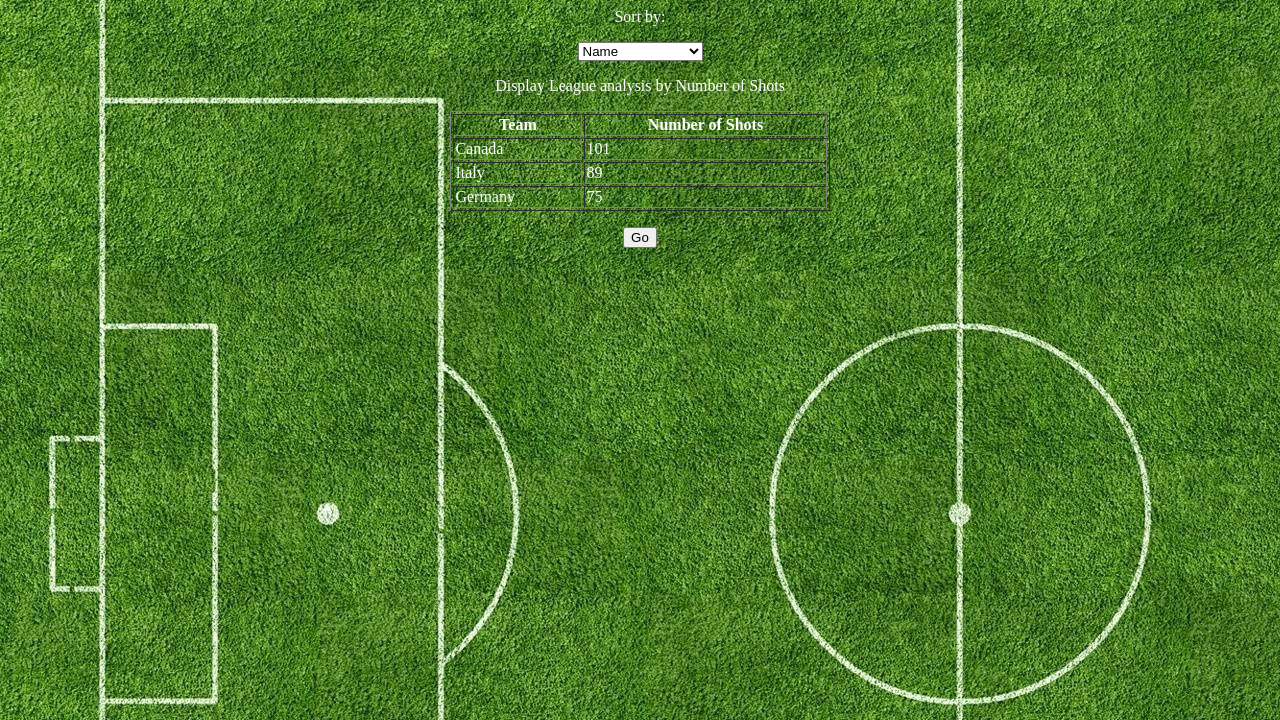
Repository: FredGlozman/SwiftScore
Page: SwiftScore/LeagueAnalysisMode.html
An editor plug-in stored every save of this project. The page is shown before and after the next save, followed by the edit.
The browser window is 1280 px wide. The pictures show the whole page.

Above is the page before, as saved 2015-12-03 12:37:22.

After the next save:
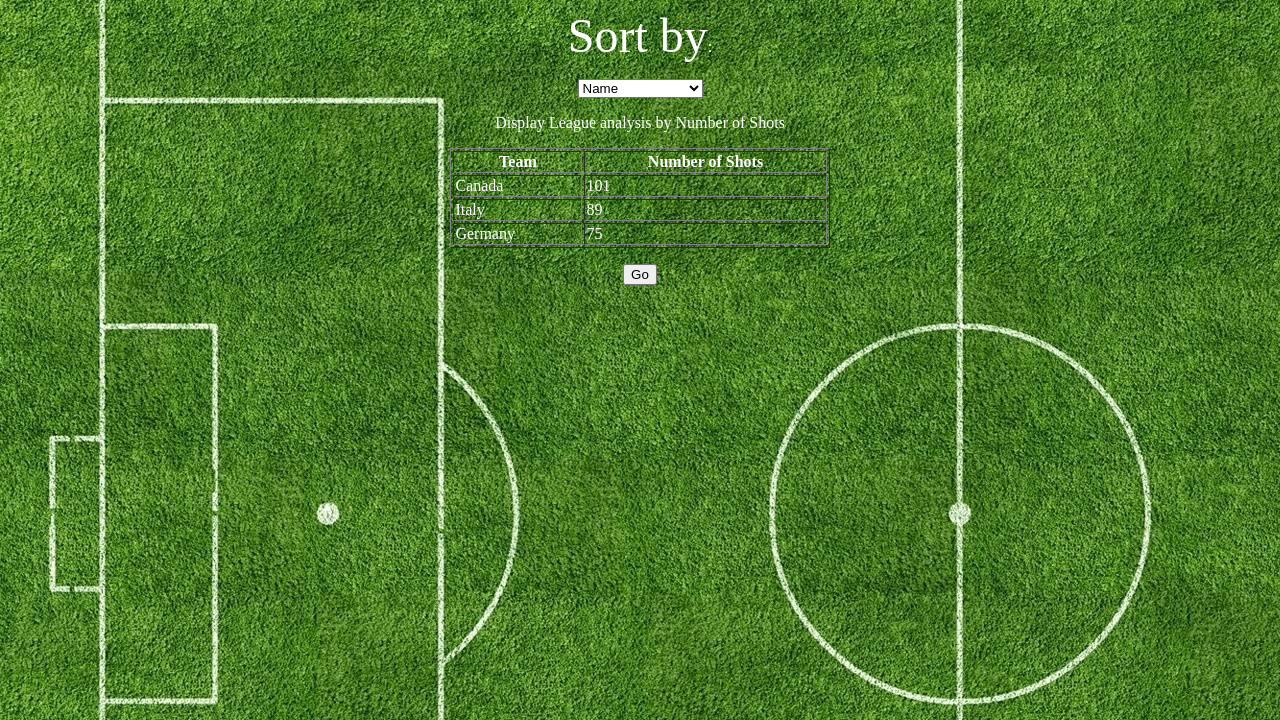
Saved 6 s later.
--- a/SwiftScore/LeagueAnalysisMode.html
+++ b/SwiftScore/LeagueAnalysisMode.html
@@ -10,7 +10,7 @@ p, font, th, td {
 <body background="soccer.jpg">
 <center>
 <p>
-Sort by:
+<font color="white" size = 30x >Sort by</font>:
 </p>
 <select>
 	<option name="sort" value="N">Name</option>
